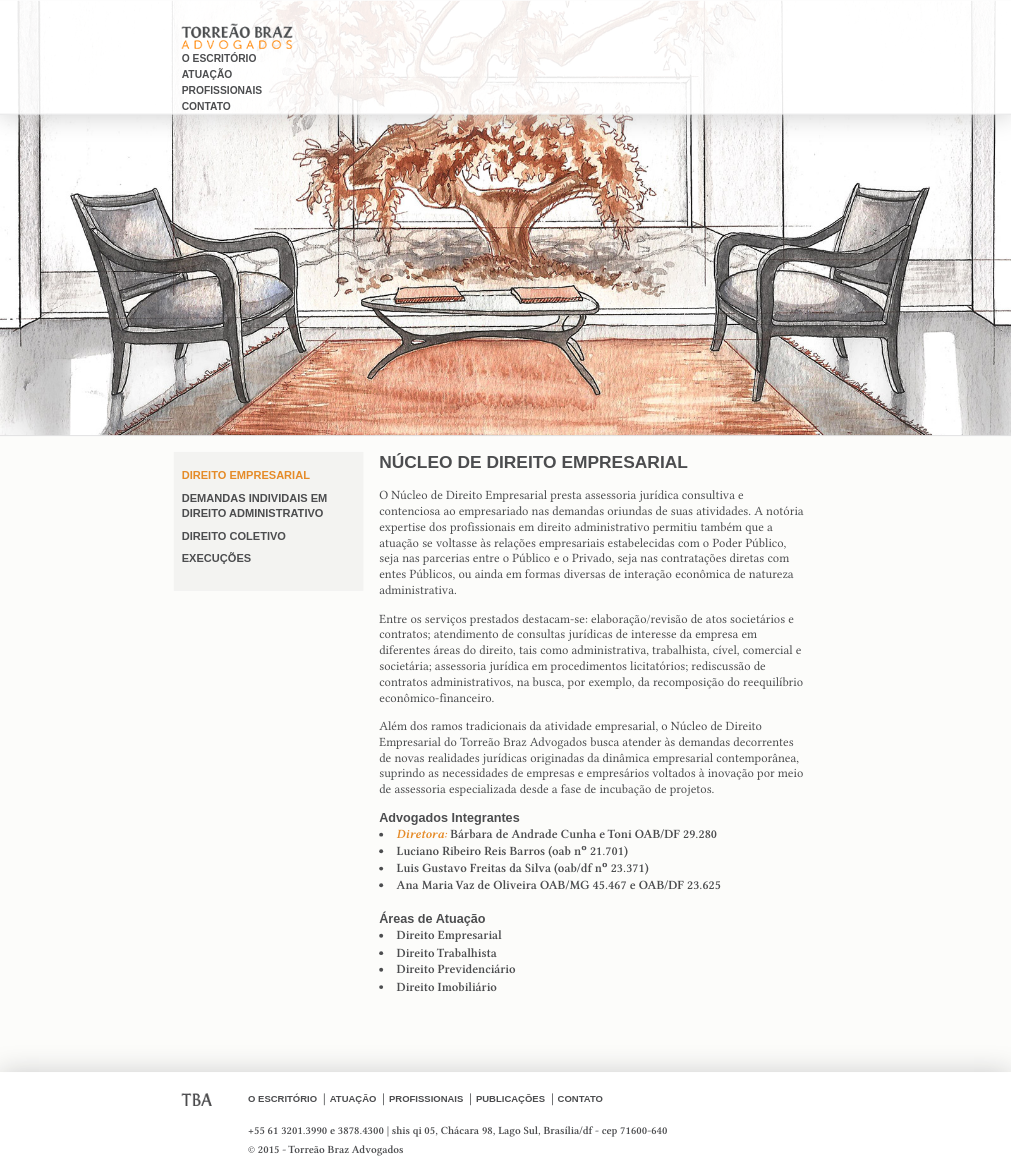
Repository: flira/torreao-braz
Page: dev/atuacao.html
The author's editor kept a record of every edit. The page is drawn from the files as they stood at one moment, then again after the next edit.
The browser window is 1280 px wide. The pictures show the whole page, at 79% of full size.
Some web libraries are served in a nearby version.

Above is the page before.
Console error: TypeError: Cannot read properties of null (reading 'getContext')

### dev/atuacao.html
<!DOCTYPE html>
<html class="no-js" lang="pt-BR" itemscope="itemscope" itemtype="http://schema.org/WebPage">

<head>
  <meta charset="utf-8">
  <!--[if IE]>
    <meta http-equiv="X-UA-Compatible" content="IE=Edge,chrome=1"/>
  <![endif]-->
  <meta name="viewport" content="width=device-width, initial-scale=1, minimal-ui">
  <meta http-equiv="cleartype" content="on">
  <title>Torreão Braz Advogados | Atuação</title>
  <meta name="description" content="Página do escritório de advocacia Torreão Braz">
  <meta property="og:url" content="http://www.torreaobraz.com.br" />
  <meta property="og:title" content="Torreão Braz Advogados" />
  <meta property="og:type" content="torreaobraz:page" />
  <meta property="og:image" content="favicon.png" />
  <meta property="og:description" content="Página do escritório de advocacia Torreão Braz" />
  <link rel="shortcut icon" href="favicon.png" type="image/png">
  <link rel="stylesheet" href="styles/style.css">
</head>

<body id="atuacao">
  <header class="body-header">
    <div class="encap">
      <h1 class="logo"><a href="/" title="Torreão Braz Advogados"></a></h1>
      <nav>
        <ul class="menu-principal">
          <li><a href="escritorio.html">O escritório</a>
          </li>
          <li><a href="atuacao.html" class="selected">Atuação</a>
          </li>
          <li><a href="profissionais.html">Profissionais</a>
          </li>
          <!--<li><a href="publicacoes.html">Publicações</a>
          </li>-->
          <li><a href="contato.html">Contato</a>
          </li>
        </ul>
      </nav>
    </div>
  </header>
  <div role="main" id="main">
    <figure class="hero" id="hero"></figure>
    <div class="encap options">
      <ul class="options-list" id="options-list">
        <li><a href="#item-1" class="selected">Direito empresarial</a>
        </li>
        <li><a href="#item-2">Demandas individais em direito administrativo</a>
        </li>
        <li><a href="#item-3">Direito coletivo</a>
        </li>
        <li><a href="#item-4">Execuções</a>
        </li>
      </ul>
      <div class="options-content">
        <div id="item-1" class="selected">
          <h1>Núcleo de Direito Empresarial</h1>
          <p>O Núcleo de Direito Empresarial presta assessoria jurídica consultiva e contenciosa ao empresariado nas demandas oriundas de suas atividades. A notória expertise dos profissionais em direito administrativo permitiu também que a atuação se voltasse às relações empresariais estabelecidas com o Poder Público, seja nas parcerias entre o Público e o Privado, seja nas contratações diretas com entes Públicos, ou ainda em formas diversas de interação econômica de natureza administrativa.</p>
          <p>Entre os serviços prestados destacam-se: elaboração/revisão de atos societários e contratos; atendimento de consultas jurídicas de interesse da empresa em diferentes áreas do direito, tais como administrativa, trabalhista, cível, comercial e societária; assessoria jurídica em procedimentos licitatórios; rediscussão de contratos administrativos, na busca, por exemplo, da recomposição do reequilíbrio econômico-financeiro.</p>
          <p>Além dos ramos tradicionais da atividade empresarial, o Núcleo de Direito Empresarial do Torreão Braz Advogados busca atender às demandas decorrentes de novas realidades jurídicas originadas da dinâmica empresarial contemporânea, suprindo as necessidades de empresas e empresários voltados à inovação por meio de assessoria especializada desde a fase de incubação de projetos.</p>
          <h2>Advogados Integrantes</h2>
          <ul>
            <li><em>Diretora:</em> Bárbara de Andrade Cunha e Toni OAB/DF 29.280</li>
            <li>Luciano Ribeiro Reis Barros (oab nº 21.701)</li>
            <li>Luis Gustavo Freitas da Silva (oab/df nº 23.371)</li>
            <li>Ana Maria Vaz de Oliveira OAB/MG 45.467 e OAB/DF 23.625</li>
          </ul>
          <h2>Áreas de Atuação</h2>
          <ul>
            <li>Direito Empresarial</li>
            <li>Direito Trabalhista</li>
            <li>Direito Previdenciário</li>
            <li>Direito Imobiliário</li>
          </ul>
        </div>

        <div id="item-2">
          <h1>Núcleo de Demandas Individuais em Direito Administrativo</h1>
          <p>O Núcleo de Demandas Individuais em Direito Administrativo atua com profissionais experientes na defesa dos servidores perante a Administração Pública, da investidura no cargo até a aposentadoria.</p>
          <p>Tem como foco a defesa de direitos em concursos públicos, licenças, afastamentos, enquadramentos, gratificações de desempenho, aposentadorias e pensões. Destaca-se, também, na atividade consultiva e na elaboração de pareceres que orientam os servidores ao longo de toda a sua jornada profissional.</p>
          <p>Decorrentes da Constituição e das próprias leis que os regem, o exercício pelos servidores públicos dos seus direitos e deveres atrai a necessidade de informação, planejamento e defesa dos interesses durante toda a sua complexa e multifacetada trajetória.</p>
          <h2>Advogados Integrantes</h2>
          <ul>
            <li><em>Diretor:</em> Artur de Sousa Carrijo - OAB/DF 35.218</li>
            <li>Gabriela Gonçalves Teixeira C. Rocha - OAB/DF 29.234</li>
            <li>Luiza Emrich Torreão Braz - OAB/DF 38.083</li>
            <li>Susana Botár Mendonça - OAB/DF 44.800</li>
            <li>Renan Palhares Torreão Braz - OAB/DF 46.026</li>
          </ul>
        </div>

        <div id="item-3">
          <h1>Núcleo de Direito Coletivo</h1>
          <p>O Núcleo de Direito Coletivo é composto por advogados especializados em Direito Administrativo, principalmente na defesa dos direitos dos servidores públicos. Nessa área, presta serviços a diversas entidades de classe – sindicatos e associações – na advocacia contenciosa e consultiva.</p>
          <p>No tocante ao contencioso judicial, o Núcleo de Direito Coletivo propõe ações coletivas que visam à proteção dos direitos individuais homogêneos e dos direitos coletivos dos servidores. Além das medidas coletivas ordinárias, as ações constitucionais – Mandados de Segurança Coletivos, Mandados de Injunção Coletivos, Ações Diretas de Inconstitucionalidade, Reclamações, Arguições de Descumprimento de Preceito Fundamental, entre outras – são eficazes instrumentos utilizados no combate às irregularidades praticadas pelo Poder Público.</p>
          <p>Em relação à atividade consultiva, o Núcleo assegura ampla assessoria para as diretorias dos sindicatos e das associações. Nessa linha, analisa os atos de constituição e de estruturação dos seus clientes, bem como elabora pareceres, ofícios e requerimentos administrativos que subsidiam a atuação das entidades junto aos órgãos estatais.</p>
          <h2>Advogados Integrantes</h2>
          <ul>
            <li><em>Diretor:</em> Bruno Fischgold - OAB/DF 24.133</li>
            <li>Ana Torreão Braz Lucas de Morais - OAB/DF 24.128</li>
            <li>Larissa Benevides Gadelha Campos - OAB/DF 29.268</li>
            <li>Liliana Mascarenhas Coutinho - OAB/DF 38.781</li>
            <li>Júlia Pauro Oliveira - OAB/DF 40.361</li>
            <li>Deborah de Andrade Cunha e Toni - OAB/DF 43.145</li>
          </ul>
        </div>
        <div id="item-4">
          <h1>Núcleo de Execuções</h1>
          <p>O Núcleo de Execuções se dedica à concretização do direito reconhecido nas ações coletivas, mediante o efetivo pagamento dos valores devidos a cada beneficiário. Busca soluções inovadoras para o ajuizamento e a condução de execuções coletivas e individuais, o que envolve a liquidação e o cálculo dos créditos, bem como a organização de medidas individualizadas em favor de um grande número de pessoas.</p>
          <p>A equipe conta com profissionais experientes em execuções de títulos judiciais coletivos e com especialidade técnica voltada para as rotinas envolvidas na individualização do direito coletivo, tais como: identificação dos beneficiários; recebimento, triagem e organização dos documentos necessários à execução; cálculo judicial dos montantes devidos; propositura e acompanhamento dos processos desmembrados (gestão digital de processos em escala); disponibilidade de toda a informação útil à Entidade e ao filiado; dentre outras.</p>
          <p>A partir do domínio dessas competências organizacionais, o Núcleo de Execuções estende suas atividades a quaisquer tipos de execução – coletiva e individual, com ênfase em créditos contra a Fazenda Pública – e a outros procedimento em escala para a tutela de interesses coletivos e assistência jurídica a grande número de interessados.</p>
          <h2>Advogados Integrantes</h2>
          <ul>
            <li><em>Diretor:</em> Carlos Magno da Silva - OAB/DF 28.464</li>
            <li>Edilene Rossi Lacerda - OAB/DF 15.074</li>
            <li>Camila Tiburtino de Sena Fischgold - OAB/DF 29.363</li>
            <li>João Pereira Monteiro Neto - OAB/DF 28.571</li>
            <li>Marcelo Assunção - OAB/DF 34.695</li>
          </ul>
        </div>
      </div>
    </div>
  </div>
  <footer class="body-footer">
    <div class="encap">
      <div class="footer-logo">
        <a href="/" class="logo" title="Torreão Braz Advogados"></a>
      </div>
      <div class="footer-about">
        <nav>
          <ul class="site-map">
            <li><a href="escritorio.html">O escritório</a>
            </li>
            <li><a href="atuacao.html">Atuação</a>
            </li>
            <li><a href="profissionais.html">Profissionais</a>
            </li>
            <li><a href="publicacoes.html">Publicações</a>
            </li>
            <li><a href="contato.html">Contato</a>
            </li>
          </ul>
        </nav>
        <div class="colofon">
          <address>
        +55 61 3201.3990 e 3878.4300 | shis qi 05, Chácara 98, Lago Sul, Brasília/df - cep 71600-640
          </address>
          <p class="copyright">
            © 2015 - Torreão Braz Advogados
          </p>
        </div>
      </div>
    </div>
  </footer>
  <script src="https://ajax.googleapis.com/ajax/libs/jquery/1.11.1/jquery.min.js"></script>
  <script src="scripts/scripts.js"></script>
</body>

</html>

Loaded but not shown: dev/styles/style.css (library); dev/scripts/scripts.js (library)

After the next edit:
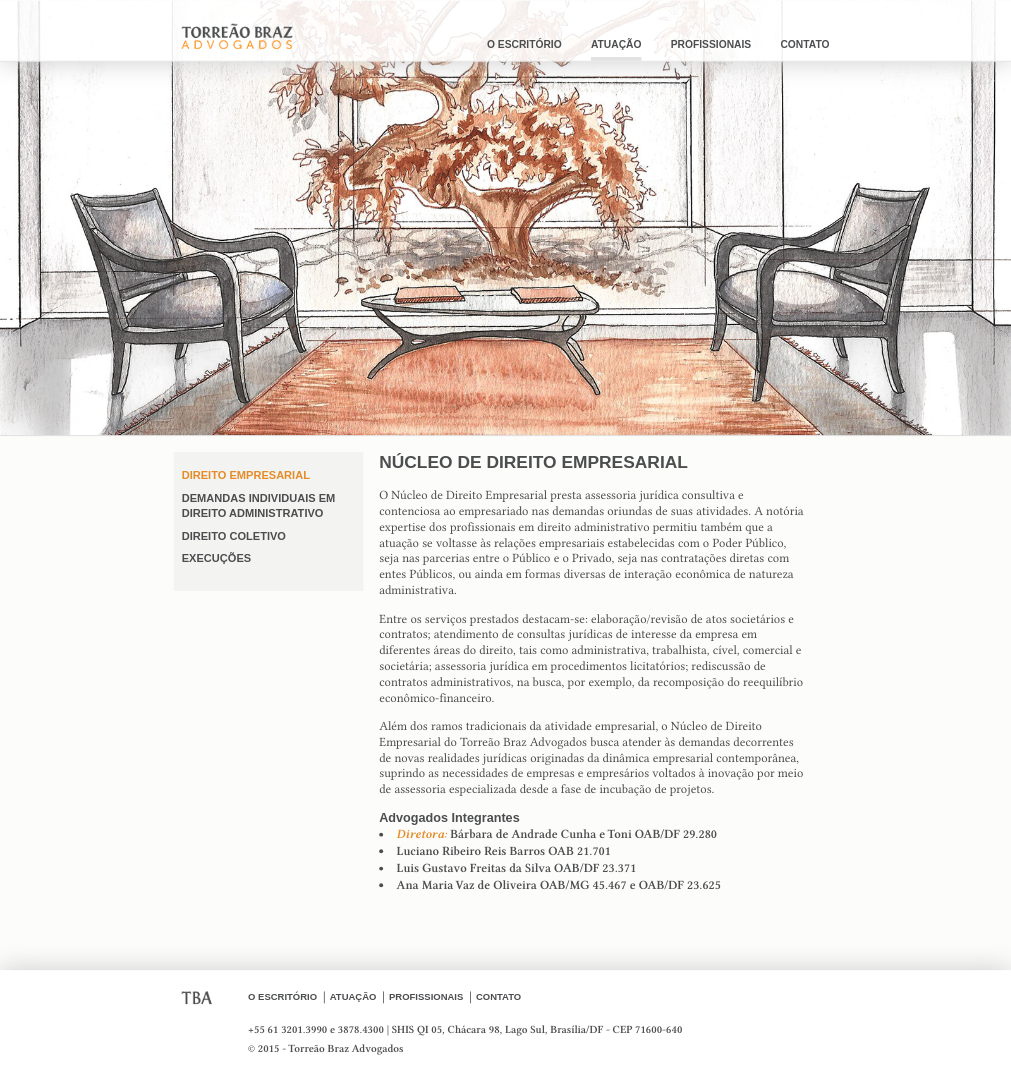
The edit:
--- a/dev/atuacao.html
+++ b/dev/atuacao.html
@@ -23,8 +23,9 @@
   <header class="body-header">
     <div class="encap">
       <h1 class="logo"><a href="/" title="Torreão Braz Advogados"></a></h1>
-      <nav>
-        <ul class="menu-principal">
+      <span class="main-menu-btn" id="main-menu-btn"></span>
+      <nav id="main-menu-encap">
+        <ul class="main-menu">
           <li><a href="escritorio.html">O escritório</a>
           </li>
           <li><a href="atuacao.html" class="selected">Atuação</a>
@@ -45,7 +46,7 @@
       <ul class="options-list" id="options-list">
         <li><a href="#item-1" class="selected">Direito empresarial</a>
         </li>
-        <li><a href="#item-2">Demandas individais em direito administrativo</a>
+        <li><a href="#item-2">Demandas individuais em direito administrativo</a>
         </li>
         <li><a href="#item-3">Direito coletivo</a>
         </li>
@@ -61,17 +62,17 @@
           <h2>Advogados Integrantes</h2>
           <ul>
             <li><em>Diretora:</em> Bárbara de Andrade Cunha e Toni OAB/DF 29.280</li>
-            <li>Luciano Ribeiro Reis Barros (oab nº 21.701)</li>
-            <li>Luis Gustavo Freitas da Silva (oab/df nº 23.371)</li>
+            <li>Luciano Ribeiro Reis Barros OAB 21.701</li>
+            <li>Luis Gustavo Freitas da Silva OAB/DF 23.371</li>
             <li>Ana Maria Vaz de Oliveira OAB/MG 45.467 e OAB/DF 23.625</li>
           </ul>
-          <h2>Áreas de Atuação</h2>
+          <!-- <h2>Áreas de Atuação</h2>
           <ul>
             <li>Direito Empresarial</li>
             <li>Direito Trabalhista</li>
             <li>Direito Previdenciário</li>
             <li>Direito Imobiliário</li>
-          </ul>
+          </ul> -->
         </div>
 
         <div id="item-2">
@@ -112,10 +113,11 @@
           <h2>Advogados Integrantes</h2>
           <ul>
             <li><em>Diretor:</em> Carlos Magno da Silva - OAB/DF 28.464</li>
+            <li>Marcelo Assunção - OAB/DF 34.695</li>
+            <li>Laura Carneiro de Mello Senra - OAB/DF 43.076</li>
             <li>Edilene Rossi Lacerda - OAB/DF 15.074</li>
             <li>Camila Tiburtino de Sena Fischgold - OAB/DF 29.363</li>
             <li>João Pereira Monteiro Neto - OAB/DF 28.571</li>
-            <li>Marcelo Assunção - OAB/DF 34.695</li>
           </ul>
         </div>
       </div>
@@ -135,15 +137,15 @@
             </li>
             <li><a href="profissionais.html">Profissionais</a>
             </li>
-            <li><a href="publicacoes.html">Publicações</a>
-            </li>
+            <!--<li><a href="publicacoes.html">Publicações</a>
+            </li>-->
             <li><a href="contato.html">Contato</a>
             </li>
           </ul>
         </nav>
         <div class="colofon">
           <address>
-        +55 61 3201.3990 e 3878.4300 | shis qi 05, Chácara 98, Lago Sul, Brasília/df - cep 71600-640
+        +55 61 3201.3990 e 3878.4300 | SHIS QI 05, Chácara 98, Lago Sul, Brasília/DF - CEP 71600-640
           </address>
           <p class="copyright">
             © 2015 - Torreão Braz Advogados
@@ -154,6 +156,16 @@
   </footer>
   <script src="https://ajax.googleapis.com/ajax/libs/jquery/1.11.1/jquery.min.js"></script>
   <script src="scripts/scripts.js"></script>
+  <script>
+    (function(i,s,o,g,r,a,m){i['GoogleAnalyticsObject']=r;i[r]=i[r]||function(){
+    (i[r].q=i[r].q||[]).push(arguments)},i[r].l=1*new Date();a=s.createElement(o),
+    m=s.getElementsByTagName(o)[0];a.async=1;a.src=g;m.parentNode.insertBefore(a,m)
+    })(window,document,'script','//www.google-analytics.com/analytics.js','ga');
+
+    ga('create', 'UA-61024878-1', 'auto');
+    ga('send', 'pageview');
+
+  </script>
 </body>
 
 </html>
